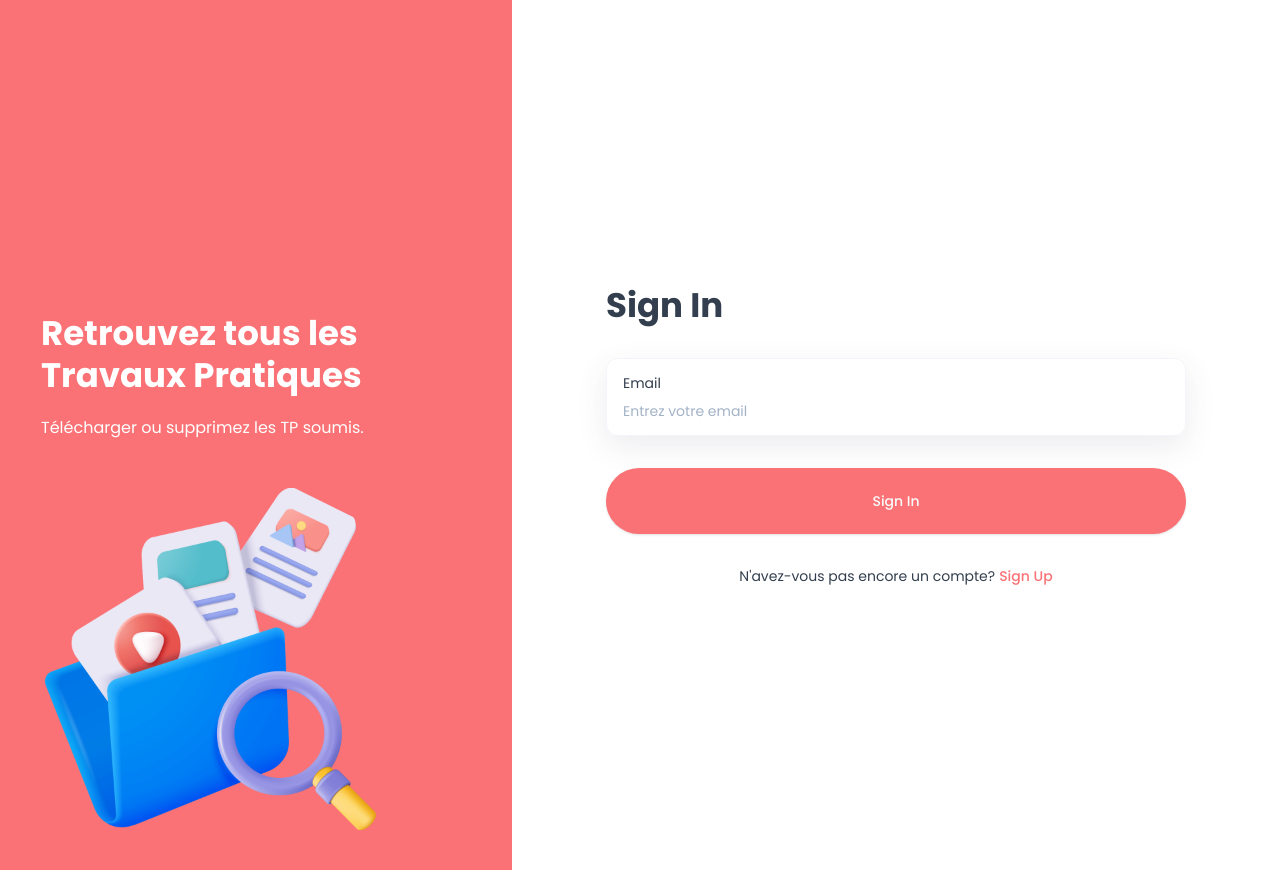
Repository: Tychiq/pigier_tp
Page: /sign-in
These files come from the project's save history. The page is drawn as it stood at one moment and after the next save; the edit follows.
The browser window is 1280 px wide. The pictures show the whole page.
The page's requests for data from a server got no answer. The project was rebuilt for these pictures with package versions that can differ from the ones it lists, and the page was loaded fresh each time. The framework's server and built-in components were replaced by stand-ins that run in the browser. No one was signed in, and anything a server would have sent is missing. Also part of the build but not shown: next.config.ts, components/ui/alert-dialog.tsx, components/ui/input-otp.tsx, components/OTPModal.tsx.

Above is the page before, as saved 2025-04-29 14:15:01.

After the next save:
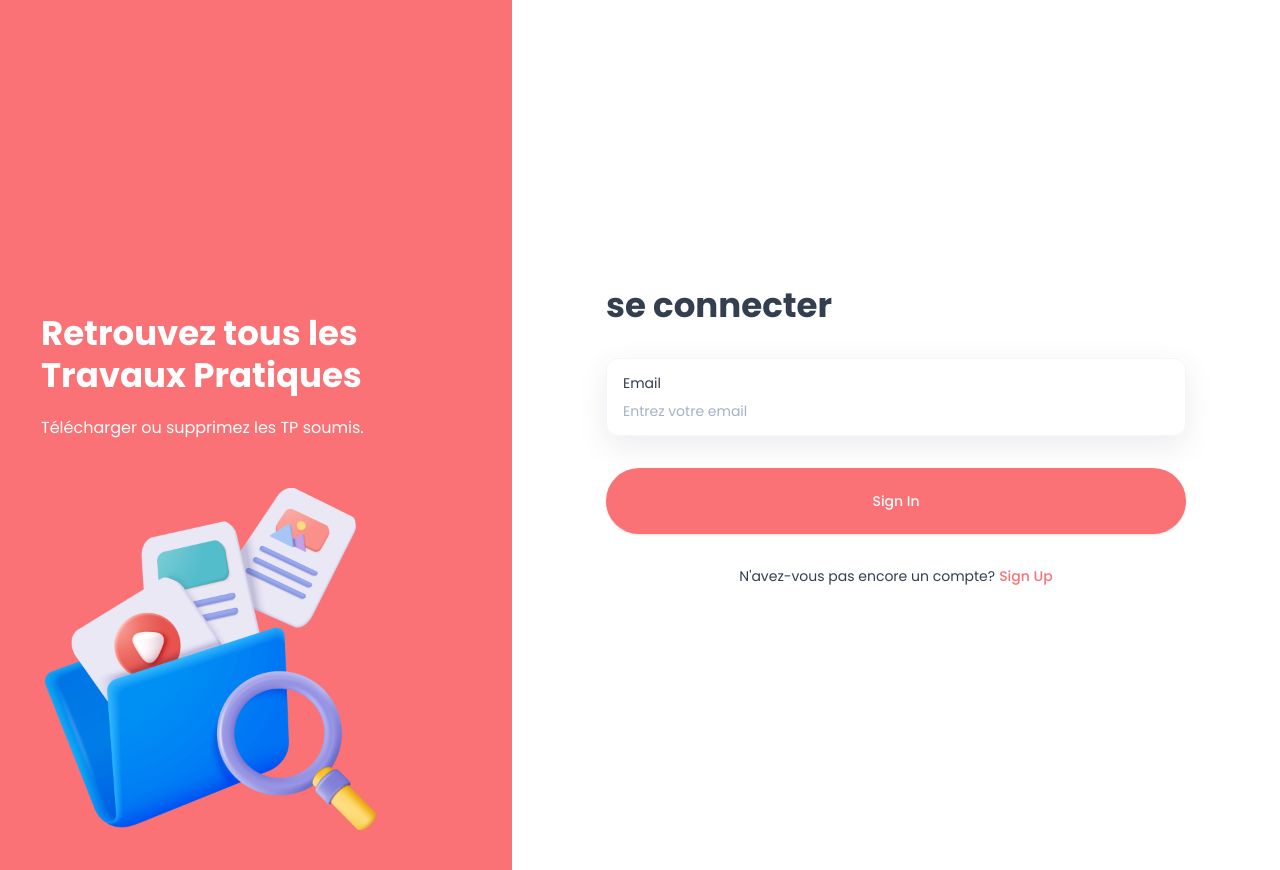
Saved 21 min 7 s later.
--- a/components/AuthForm.tsx
+++ b/components/AuthForm.tsx
@@ -72,7 +72,7 @@ const AuthForm = ({ type }: { type: FormType }) => {
       <Form {...form}>
         <form onSubmit={form.handleSubmit(onSubmit)} className="auth-form">
           <h1 className="form-title">
-            {type === "sign-in" ? "Sign In" : "Sign Up"}
+            {type === "sign-in" ? "se connecter" : "Sign Up"}
           </h1>
           {type === "sign-up" && (
             <FormField
